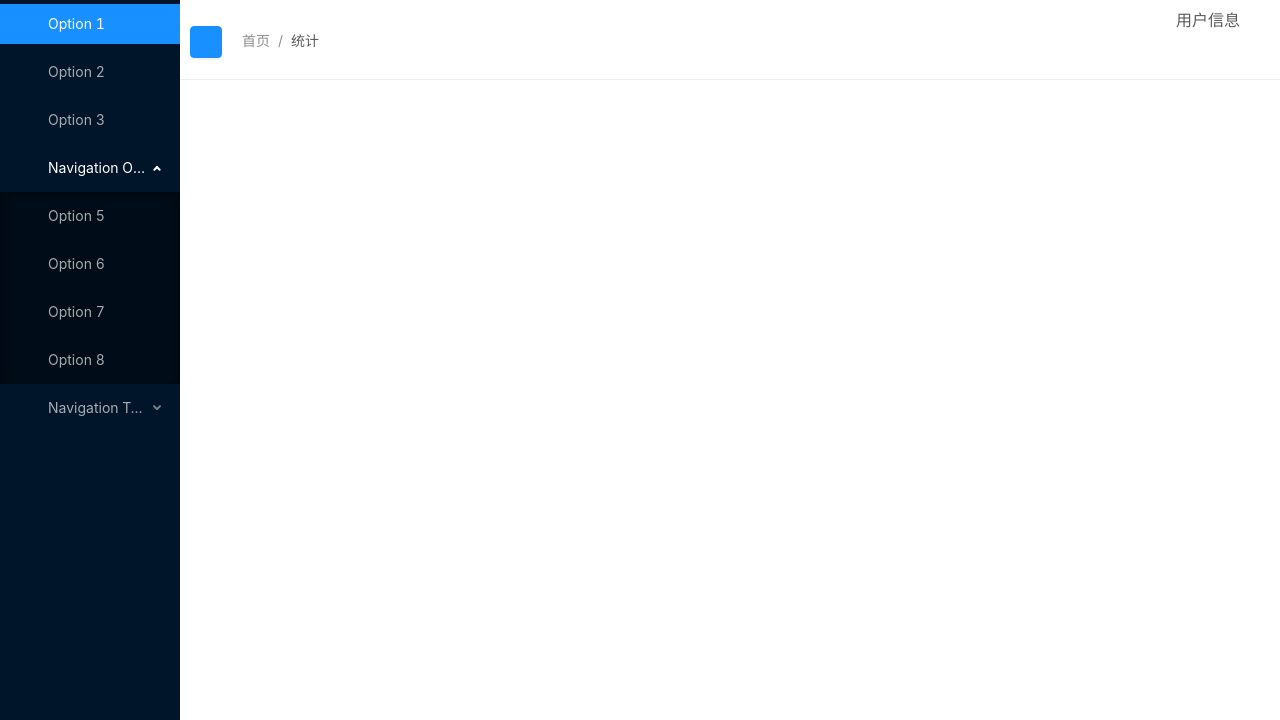
Repository: Ysleave/mall-app
Page: /
An editor plug-in stored every save of this project. The page is shown before and after the next save, followed by the edit.
The browser window is 1280 px wide. The pictures show the whole page.
The project was rebuilt for these pictures with package versions that can differ from the ones it lists, and the page was loaded fresh each time.

Above is the page before, as saved 2021-01-15 22:02:02.

After the next save:
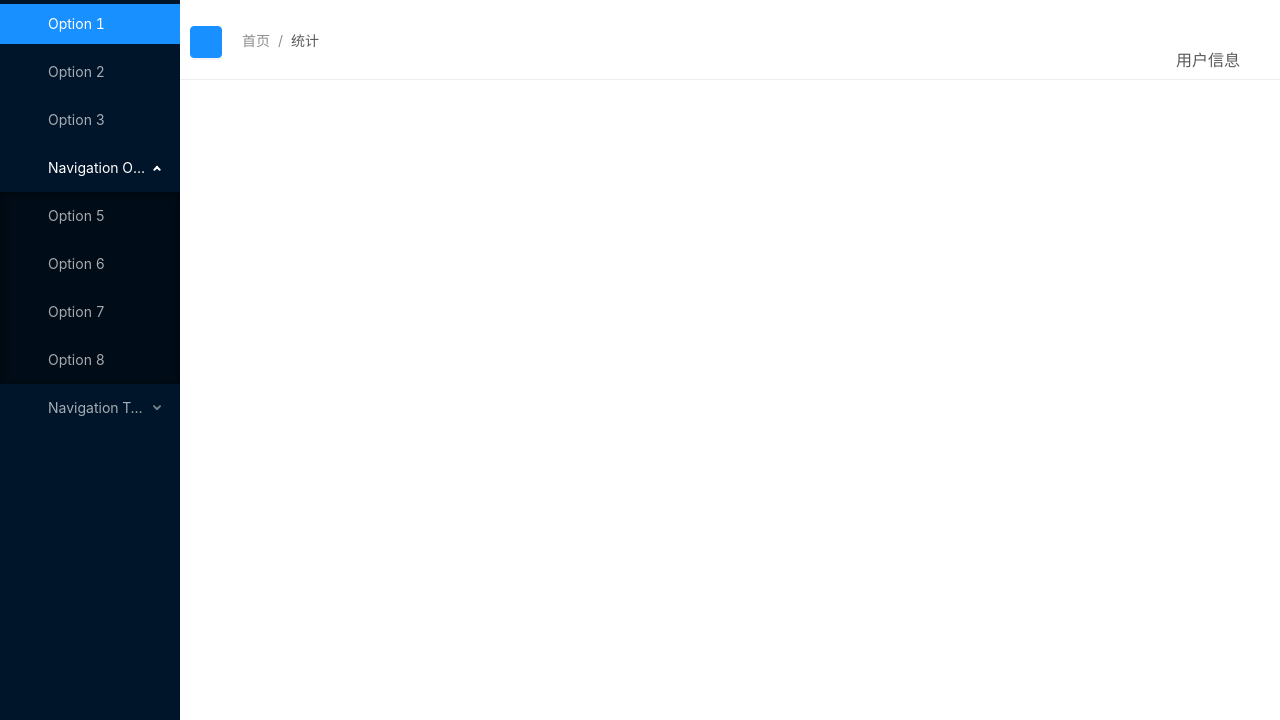
Saved 50 s later.
--- a/src/views/home.vue
+++ b/src/views/home.vue
@@ -63,6 +63,7 @@ export default {
         text-align: center;
         height: 40px;
         line-height: 40px;
+        padding-top:40px ;
         li:not(:first-child) {
           display: none;
           &:hover {
